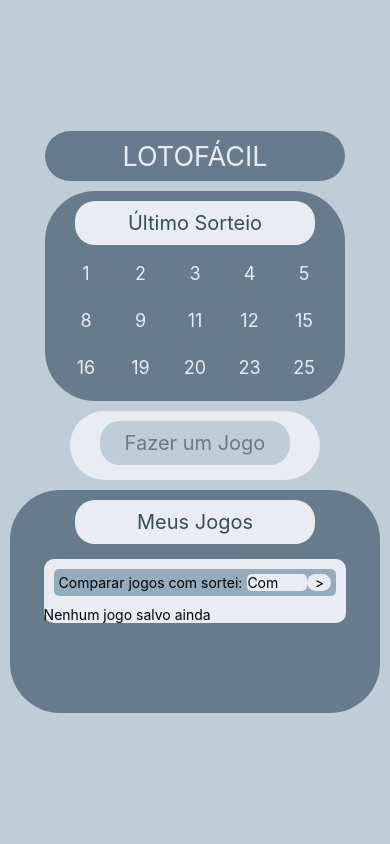
Repository: Deyvid-Kasteh/LotofacilApp
Screen: /
An editor plug-in stored every save of this project. The screen is shown before and after the next save, followed by the edit.
The app was drawn by React Native's web renderer in a window 390 px wide. The project was rebuilt for these pictures with package versions that can differ from the ones it lists, and the page was loaded fresh each time. Also part of the build but not shown: Bolhas.js, components/Resultado.js, paginaTESTE.js, paginaTESTE2.js, SeuComponentePai.js, components/Jogo.js, components/ResultadoTexte2.js.

Above is the screen before, as saved 2023-12-03 01:44:20.

After the next save:
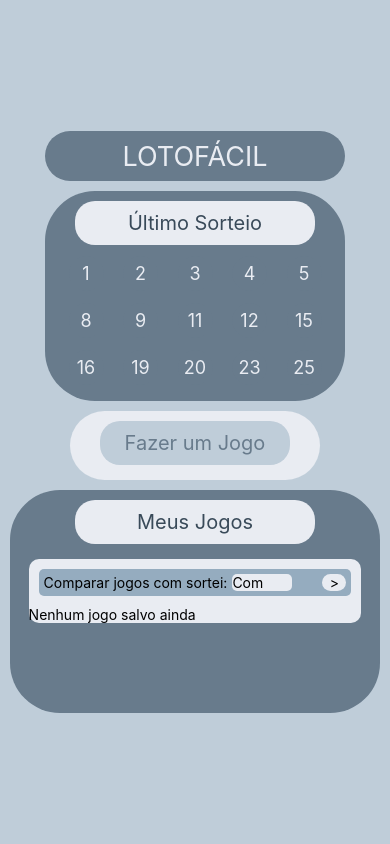
Saved 4 s later.
--- a/components/MostrarJogosSalvos.js
+++ b/components/MostrarJogosSalvos.js
@@ -83,7 +83,7 @@
             justifyContent: "center",
             borderRadius: 50,
             backgroundColor: Cores.cor1,
-
+            marginLeft: 30,
           }}
         >
           <Text>></Text>
